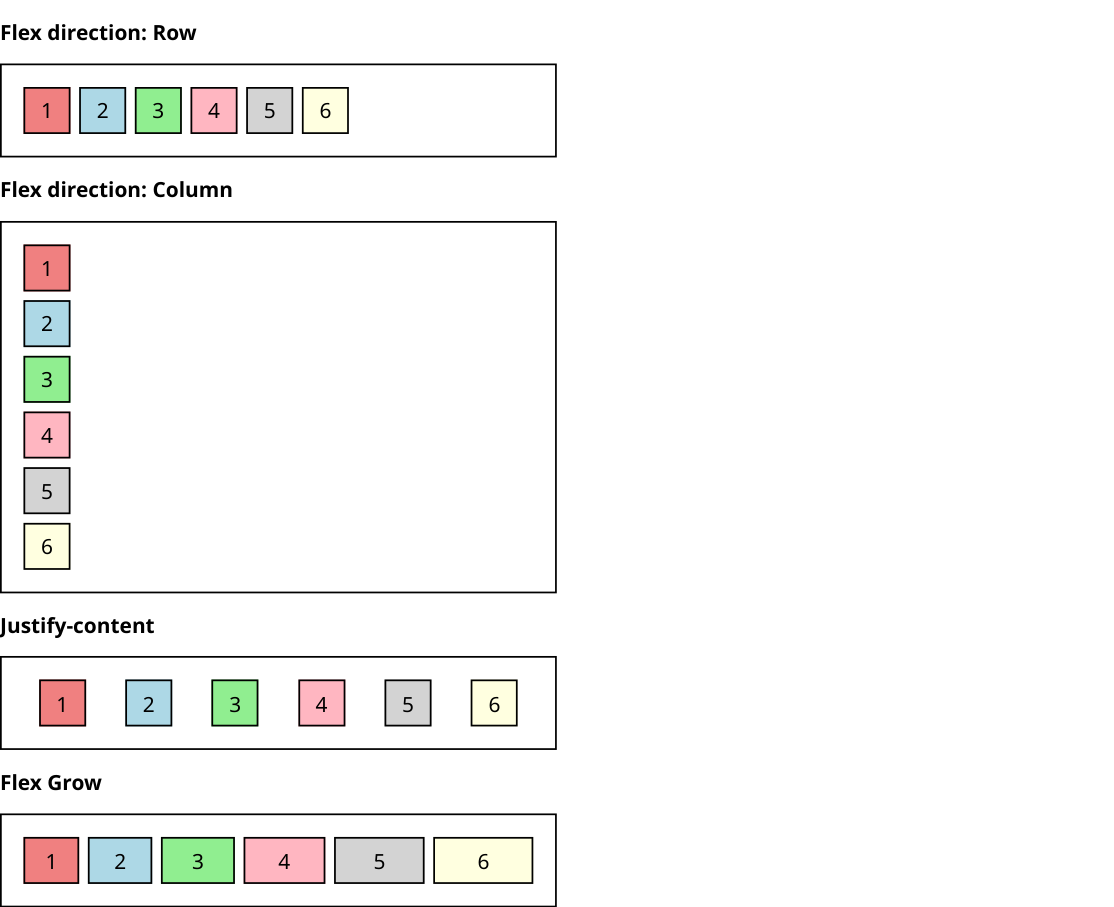
Repository: anjalipatel-dev/web-dev-learning-journey
Page: 03_html_css_ui_pages/05_hands_on_flex/index.html
These files come from the project's save history. The page is drawn as it stood at one moment and after the next save; the edit follows.
The browser window is 1280 px wide. The pictures show the whole page, at 87% of full size.

Above is the page before, as saved 2025-10-11 08:15:54.

After the next save:
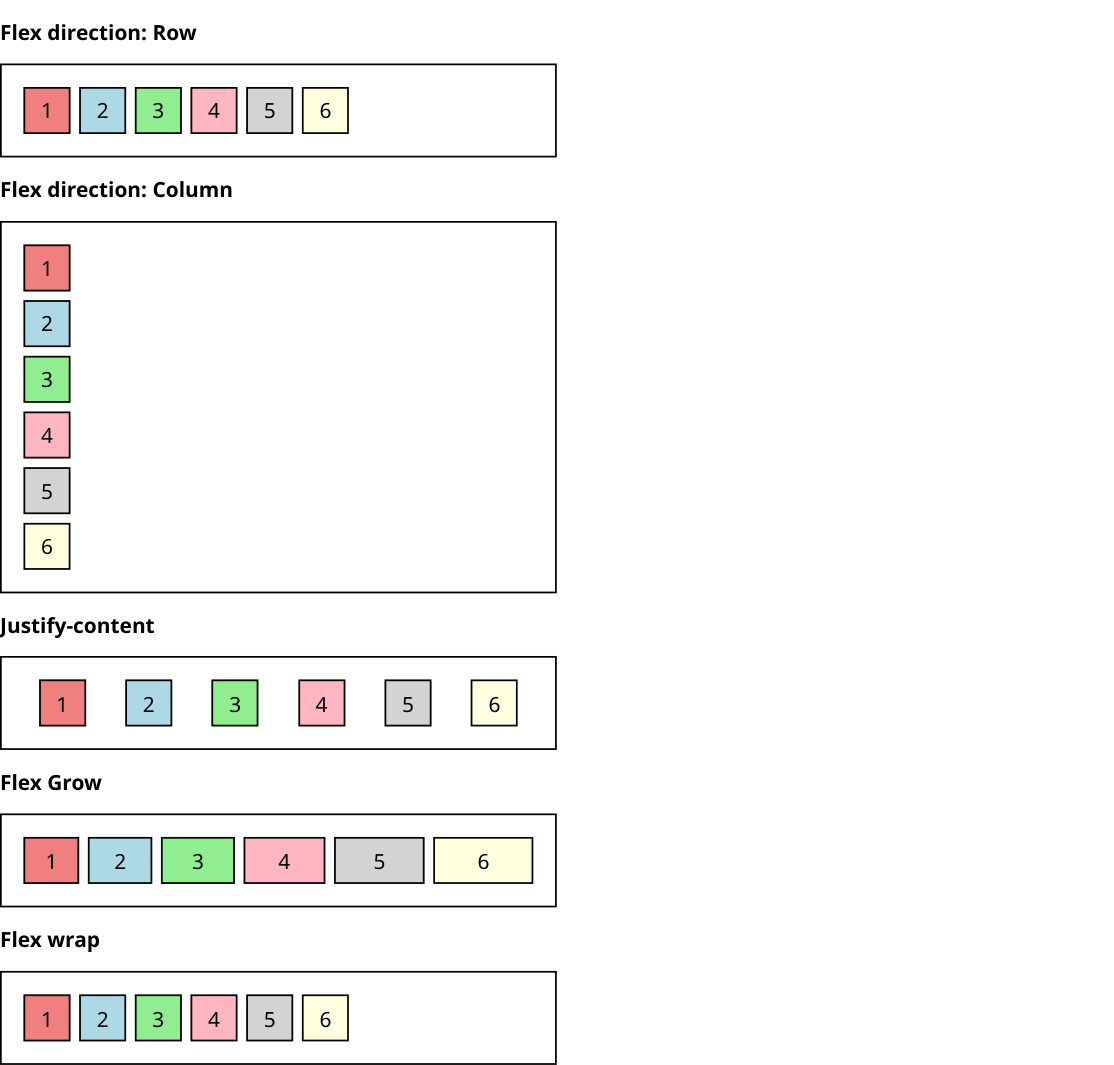
Saved 3 min 40 s later.
--- a/03_html_css_ui_pages/05_hands_on_flex/index.html
+++ b/03_html_css_ui_pages/05_hands_on_flex/index.html
@@ -46,5 +46,15 @@
         <div class="item item-5">5</div>
         <div class="item item-6">6</div>
     </div>
+    <h2>Flex wrap</h2>
+    <div class="container flex-wrap-container">
+
+        <div class="item item-1">1</div>
+        <div class="item item-2">2</div>
+        <div class="item item-3">3</div>
+        <div class="item item-4">4</div>
+        <div class="item item-5">5</div>
+        <div class="item item-6">6</div>
+    </div>
 </body>
 </html>
